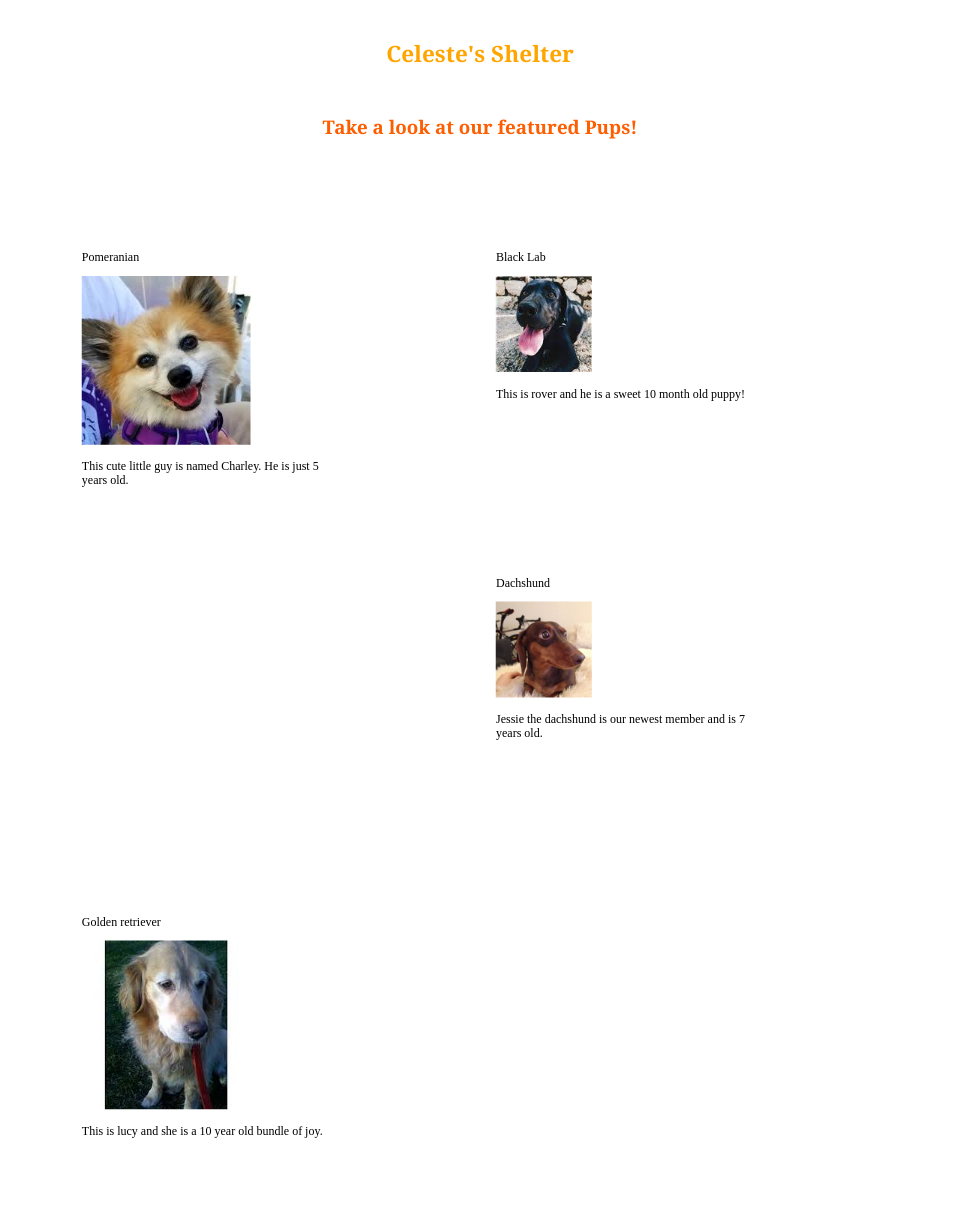
Repository: fieldceleste/animal-shelter
Page: animal-shelter.html
The author's editor kept a copy of each file at every save. The page is drawn from the files as they stood at one save, then again after the next save.
The browser window is 1280 px wide. The pictures show the whole page, at 75% of full size.

Above is the page before, as saved 2019-10-30 18:52:58.

### animal-shelter.html
<!DOCTYPE html>
  <html>
   <head>
  <link href="css/styles.css" rel="stylesheet" type="text/css">
  <title>Celeste's Animal Shelter</title>
</head>
<body>
    <h1>Celeste's Shelter</h1>
<h2>Take a look at our featured Pups!</h2>

<div class="column">
<p>Pomeranian</p>
<p><img src="img/pom.jpeg" alt="picture of pom"/></p>
<p>This cute little guy is named Charley. He is just 5 years old.</p>
</div>

<div class="column">
<p>Black Lab</p>
<p><img src="img/lab.jpeg" alt="picture of lab."/></p>
<p>This is rover and he is a sweet 10 month old puppy!</p>
</div>

<div class="column">
<p>Dachshund</p>
<p><img src="img/dach.jpeg" alt="picture of dachshund"/></p>
<p>Jessie the dachshund is our newest member and is 7 years old.</p>
</div>

<div class="column">
<p>Golden retriever</p>
<p><img src="img/golden.jpeg" alt="picture of golden retriever"/></p>
<p>This is lucy and she is a 10 year old bundle of joy.</p>
</div>


</body>
</html>

### css/styles.css

h1{
    font-family: Georgia, 'Times New Roman', Times, serif;
    font-size: 30px;
    color: orange;
    padding: 30px;
    text-align: center;
}
h2{
    font-family: Georgia, 'Times New Roman', Times, serif;
    font-size: 25px;
    color: rgb(255, 94, 0);
    padding: 10px;
    text-align: center;
}
h4{
     color: rgb(67, 182, 67);
     font-size: 20px;
     text-align: left;

}

 .column{
    float:left;
    width:350px;
    padding: 8%;

}

After the next save:
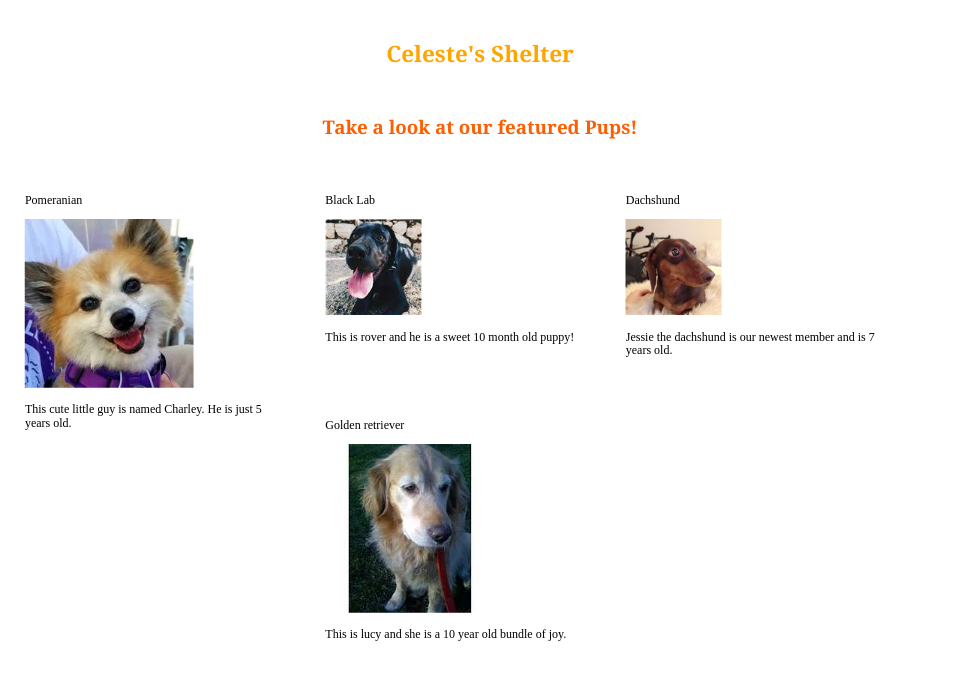
Saved 6 s later.
--- a/css/styles.css
+++ b/css/styles.css
@@ -23,6 +23,6 @@ h4{
  .column{
     float:left;
     width:350px;
-    padding: 8%;
+    padding: 2%;
 
 }
